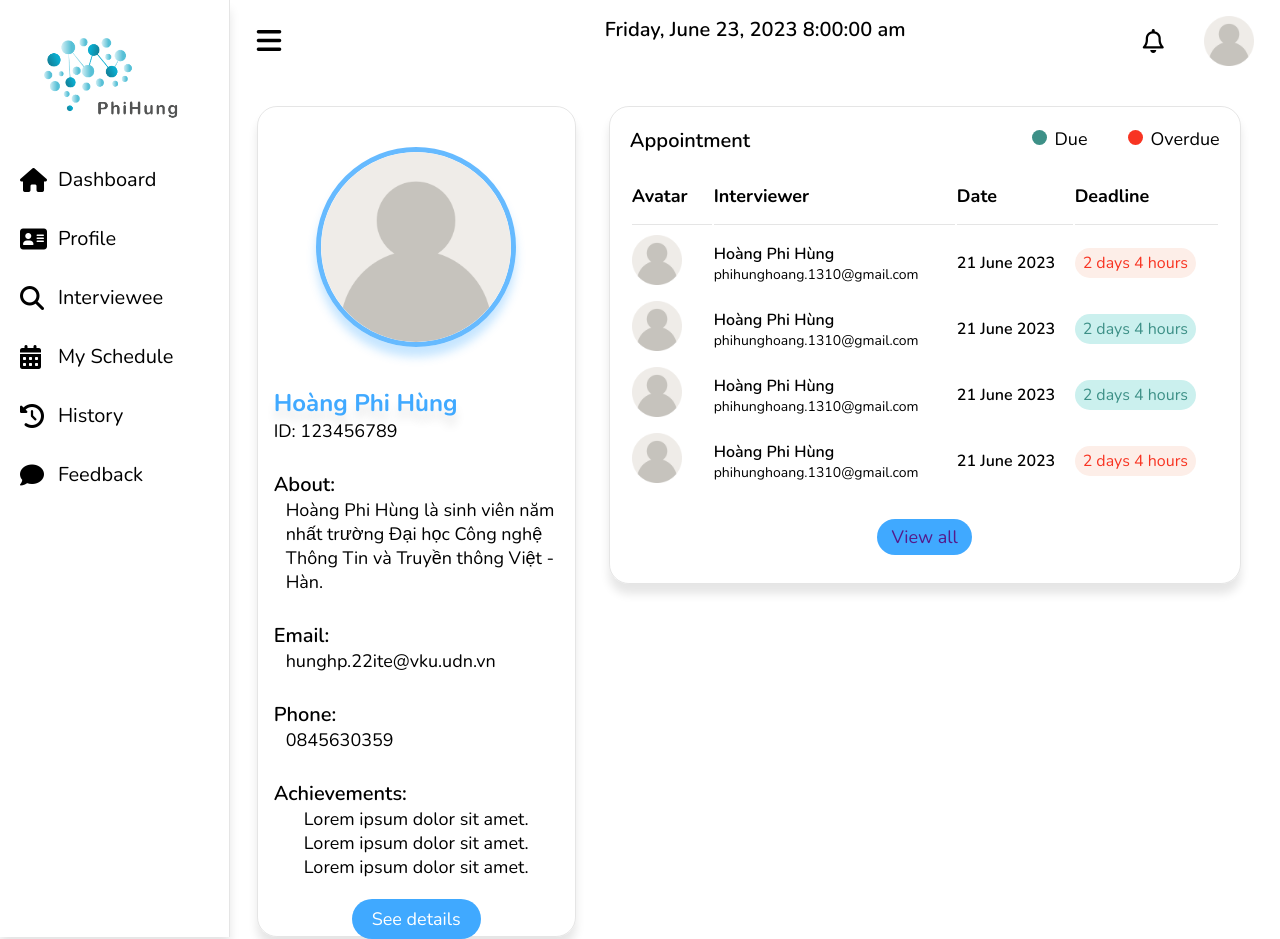
Repository: hphihungit/InterviewService
Page: interviewee.html
The author's editor kept a copy of each file at every save. The page is drawn from the files as they stood at one save, then again after the next save.
The browser window is 1280 px wide. The pictures show the whole page.

Above is the page before, as saved 2023-06-01 01:24:24.

### interviewee.html
<!DOCTYPE html>
<html lang="en">
<head>
    <meta charset="UTF-8">
    <meta http-equiv="X-UA-Compatible" content="IE=edge">
    <meta name="viewport" content="width=device-width, initial-scale=1.0">
    <title>Document</title>
    <link rel="stylesheet" href="assets/css/grid.css">
    <link rel="stylesheet" href="assets/css/base.css">
    <link rel="stylesheet" href="https://cdnjs.cloudflare.com/ajax/libs/font-awesome/6.4.0/css/all.min.css" integrity="sha512-iecdLmaskl7CVkqkXNQ/ZH/XLlvWZOJyj7Yy7tcenmpD1ypASozpmT/E0iPtmFIB46ZmdtAc9eNBvH0H/ZpiBw==" crossorigin="anonymous" referrerpolicy="no-referrer"/>
    <link rel="preconnect" href="https://fonts.googleapis.com">
    <link rel="preconnect" href="https://fonts.gstatic.com" crossorigin>
    <link href="https://fonts.googleapis.com/css2?family=Nunito:wght@200;300;400;500;600;700;800;900;1000&display=swap" rel="stylesheet">
    <link rel="stylesheet" href="assets/css/interviewee.css">
</head>
<body>
    <div id="main">
        <div class="dashboard">
            <div class="dashboard__logo"></div>
            <ul class="dashboard__list">
                <li class="dashboard__item">
                    <a href="" class="icon__link">
                        <i class="fa-solid fa-house"></i>
                    </a>
                    <a href="" class="link">Dashboard</a>
                </li>
                <li class="dashboard__item">
                    <a href="" class="icon__link">
                        <i class="fa-solid fa-address-card"></i>
                    </a>
                    <a href="" class="link">Profile</a>
                </li>
                <li class="dashboard__item">
                    <a href="" class="icon__link">
                        <i class="fa-solid fa-magnifying-glass"></i>
                    </a>
                    <a href="" class="link">Interviewee</a>
                </li>
                <li class="dashboard__item">
                    <a href="" class="icon__link">
                        <i class="fa-solid fa-calendar-days"></i>
                    </a>
                    <a href="" class="link">My Schedule</a>
                </li>
                <li class="dashboard__item">
                    <a href="" class="icon__link">
                        <i class="fa-solid fa-clock-rotate-left"></i>
                    </a>
                    <a href="" class="link">History</a>
                </li>
                <li class="dashboard__item">
                    <a href="" class="icon__link">
                        <i class="fa-solid fa-comment"></i>
                    </a>
                    <a href="" class="link">Feedback</a>
                </li>
            </ul>
        </div>

        <div class="container">
            <div class="header">
                <div class="header__icon">
                    <label class="fa-solid fa-bars header__label"></label>
                </div>

                <div class="header__time">
                    Friday, June 23, 2023 8:00:00 am
                </div>

                <div class="header__news">
                    <label class="fa-regular fa-bell header__label--bell"></label>
                    <div class="header__avatar">
                        <img src="assets/img/user.png" alt="">
                    </div>
                </div>
            </div>

            <div class="about">
                <div class="cv">
                    <div class="cv__avatar">
                        <img src="assets/img/user.png" alt="">
                    </div>

                    <div class="cv__name">
                        <p class="cv__name--interviewee">Hoàng Phi Hùng</p>
                        <p class="cv__id">ID: 123456789</p>
                    </div>

                    <div class="cv__about">
                        <p class="cv__about--title">About: </p>
                        <p class="cv__about--content">
                            Hoàng Phi Hùng là sinh viên năm nhất trường Đại học Công nghệ Thông Tin và Truyền thông Việt - Hàn.
                        </p>
                    </div>

                    <div class="cv__email">
                        <p class="cv__email--title">Email: </p>
                        <p class="cv__email--content">hunghp.22ite@vku.udn.vn</p>
                    </div>

                    <div class="cv__phone">
                        <p class="cv__phone--title">Phone: </p>
                        <p class="cv__phone--content">0845630359</p>
                    </div>

                    <div class="cv__info">
                        <p class="cv__info--title">Achievements: </p>
                        <ul class="cv__info--list">
                            <li class="cv__info--item">Lorem ipsum dolor sit amet.</li>
                            <li class="cv__info--item">Lorem ipsum dolor sit amet.</li>
                            <li class="cv__info--item">Lorem ipsum dolor sit amet.</li>
                        </ul>
                    </div>

                    <div class="cv__all">
                        <a href="" class="cv__all--btn">See details</a>
                    </div>
                </div>

                <div class="info">
                    <div class="appointment">
                        <div class="appointment__title">
                            <div class="title">
                                Appointment
                            </div>
                            <div class="note">
                                <div class="note__due">Due</div>
                                <div class="note__overdue">Overdue</div>
                            </div>
                        </div>

                        <table>
                            <thead>
                                <th>Avatar</th>
                                <th>Interviewer</th>
                                <th>Date</th>
                                <th>Deadline</th>
                            </thead>

                            <tbody>
                                <tr>
                                    <td>
                                        <img src="assets/img/user.png" alt="">
                                    </td>
                                    <td>
                                        <p class="name">Hoàng Phi Hùng</p>
                                        <p class="email">phihunghoang.1310@gmail.com</p>
                                    </td>
                                    <td>
                                        <span class="date">21 June 2023</span>
                                    </td>
                                    <td>
                                        <span class="overdue">2 days 4 hours</span>
                                    </td>
                                </tr>
                                <tr>
                                    <td>
                                        <img src="assets/img/user.png" alt="">
                                    </td>
                                    <td>
                                        <p class="name">Hoàng Phi Hùng</p>
                                        <p class="email">phihunghoang.1310@gmail.com</p>
                                    </td>
                                    <td>
                                        <span class="date">21 June 2023</span>
                                    </td>
                                    <td>
                                        <span class="due">2 days 4 hours</span>
                                    </td>
                                </tr>
                                <tr>
                                    <td>
                                        <img src="assets/img/user.png" alt="">
                                    </td>
                                    <td>
                                        <p class="name">Hoàng Phi Hùng</p>
                                        <p class="email">phihunghoang.1310@gmail.com</p>
                                    </td>
                                    <td>
                                        <span class="date">21 June 2023</span>
                                    </td>
                                    <td>
                                        <span class="due">2 days 4 hours</span>
                                    </td>
                                </tr>
                                <tr>
                                    <td>
                                        <img src="assets/img/user.png" alt="">
                                    </td>
                                    <td>
                                        <p class="name">Hoàng Phi Hùng</p>
                                        <p class="email">phihunghoang.1310@gmail.com</p>
                                    </td>
                                    <td>
                                        <span class="date">21 June 2023</span>
                                    </td>
                                    <td>
                                        <span class="overdue">2 days 4 hours</span>
                                    </td>
                                </tr>
                            </tbody>
                        </table>

                        <div class="view__all">
                            <a href="" class="view__all--btn">
                                View all
                            </a>
                        </div>
                    </div>
                </div>
            </div>
        </div>
    </div>
</body>
</html>

### assets/css/base.css
:root {
    --white-color: #fff;
    --black-color: #000;
    --blue-color : #40a9ff;
    --text-color: #8f8f8f;
    --scale: 1px;
}

* {
    padding: 0;
    margin: 0;
    box-sizing: border-box;
    text-decoration: none;
    list-style-type: none;
}

html, body {
    font-size: 18px;
    font-family: 'Nunito', sans-serif;
    scroll-behavior: smooth;
}

### assets/css/interviewee.css
#main {
    width: 100%;
    display: flex;
}

.dashboard {
    width: 18%;
    min-height: 0;
    border-right: 1px solid rgba(0, 0, 0, 0.1);
    box-shadow: 0 10px 10px rgba(0, 0, 0, 0.1);
}

.dashboard__logo {
    width: 100%;
    height: 150px;
    background-image: url('../img/logo.png');
    background-repeat: no-repeat;
    background-size: 50%;
    background-size: 62%;
    background-position: 50% 85%;
}

.dashboard__list {
    width: 100%;
}

.dashboard__item {
    border-radius: 25px 0 0 25px;
    display: flex;
    width: 100%;
    padding: 0px 20px;
}

.dashboard__item:hover {
    background-color: var(--blue-color);
}

.dashboard__item:hover .link,
.dashboard__item:hover .icon__link {
    color: #fff;
}

.icon__link {
    display: flex;
    align-items: center;
    width: 20%;
    font-size: 24px;
    color: #000;
}

.link {
    display: inline-block;
    width: 80%;
    font-size: 20px;
    padding: 16px 0px;
    color: #000;
}

.container {
    width: 82%;
}

.header {
    width: 95%;
    margin: 0 auto;
    display: flex;
    justify-content: space-between;
    margin-top: 16px;
}

.header__icon {
    width: 32%;
    display: flex;
    justify-content: space-between;
    align-items: center;
}

.header__label {
    font-size: 28px;
}

.header__time {
    width: 32%;
    text-align: center;
    font-size: 20px;
    font-weight: 600;
}

.header__news {
    width: 32%;
    display: flex;
    justify-content: flex-end;
    align-items: center;
}

.header__label--bell {
    font-size: 24px;
    position: relative;
    padding-right: 40px;
}

.header__avatar {
    display: flex;
    justify-content: flex-end;
    align-items: center;
}

.header__avatar img {
    width: 50px;
    height: 50px;
}

.about {
    display: flex;
    justify-content: space-between;
    width: 95%;
    margin: 0 auto;
    margin-top: 40px;
}

.cv {
    width: 32%;
    max-height: 831px;
    border: 1px solid rgba(0, 0, 0, 0.1);
    border-radius: 20px;
    box-shadow: 0 10px 10px rgba(0, 0, 0, 0.1);
    padding: 0px 16px;
}

.cv__avatar {
    width: 100%;
    display: flex;
    justify-content: center;
    align-items: center;
    padding: 20px 0px;
    padding-top: 40px;
}

.cv__avatar img {
    width: 200px;
    height: 200px;
    border: 5px solid rgba(64, 169, 255, 0.8);
    border-radius: 50%;
    box-shadow: 0 10px 10px rgba(64, 169, 255, 0.3);;
}

.cv__name,
.cv__about,
.cv__email,
.cv__phone,
.cv__info {
    width: 100%;
    margin-top: 20px;
    margin-bottom: 28px;
}

.cv__name--interviewee {
    font-size: 24px;
    font-weight: 700;
    text-shadow: 0 10px 10px rgba(0, 0, 0, 0.1);
    color: var(--blue-color);
}

.cv__about--title,
.cv__email--title,
.cv__phone--title,
.cv__info--title {
    font-size: 20px;
    font-weight: 600;
}

.cv__about--content,
.cv__email--content,
.cv__phone--content {
    padding-left: 12px;
}

.cv__info--item {
    text-align: center;
}

.cv__all {
    width: 90%;
    margin: 0 auto;
    margin-bottom: 20px;
    text-align: center;
}

.cv__all--btn {
    padding: 8px 20px;
    border-radius: 20px;
    background-color: var(--blue-color);
    color: #fff;
}

.cv__all--btn:hover {
    opacity: 0.8;
}

.info {
    width: 66%;
}

.appointment {
    width: 96%;
    margin: 0 auto;
    border: 1px solid rgba(0, 0, 0, 0.1);
    box-shadow: 0 10px 10px rgba(0, 0, 0, 0.1);
    border-radius: 20px;
    padding: 20px;
}

.appointment__title {
    display: flex;
    justify-content: space-between;
}

.title {
    font-size: 20px;
    font-weight: 600;
}

.note {
    display: flex;
}

.note__due {
    margin-right: 40px;
}

.note__due::before {
    content: "";
    display: inline-block;
    width: 15px;
    height: 15px;
    border-radius: 50%;
    margin-right: 8px;
    background-color: #3d9087;
}

.note__overdue::before {
    content: "";
    display: inline-block;
    width: 15px;
    height: 15px;
    border-radius: 50%;
    margin-right: 8px;
    background-color: #f83422;
}

table {
    width: 100%;
    margin-top: 28px;
}

th {
    text-align: left;
    padding-right: 12px;
    padding-bottom: 16px;
    border-bottom: 1px solid rgba(0, 0, 0, 0.1);
}

td {
    padding-top: 8px;
    font-size: 16px;
}

td img {
    width: 50px;
    height: 50px;
}

.date,
.name {
    font-weight: 600;
}

.email {
    font-size: 14px;
}

.due {
    background-color: #cbf0ee;
    color: #3d9087;
    padding: 4px 8px;
    border-radius: 20px;
}

.overdue {
    background-color: #fdeee8;
    color: #f83422;
    padding: 4px 8px;
    border-radius: 20px;
}

.view__all {
    width: 100%;
    text-align: center;
    margin-top: 28px;
    margin-bottom: 8px;
}

.view__all--btn {
    display: inline-block;
    padding: 6px 14px;
    border-radius: 20px;
    background-color: var(--blue-color);

}

Loaded but not shown: assets/css/grid.css (587 lines, source omitted)

After the next save:
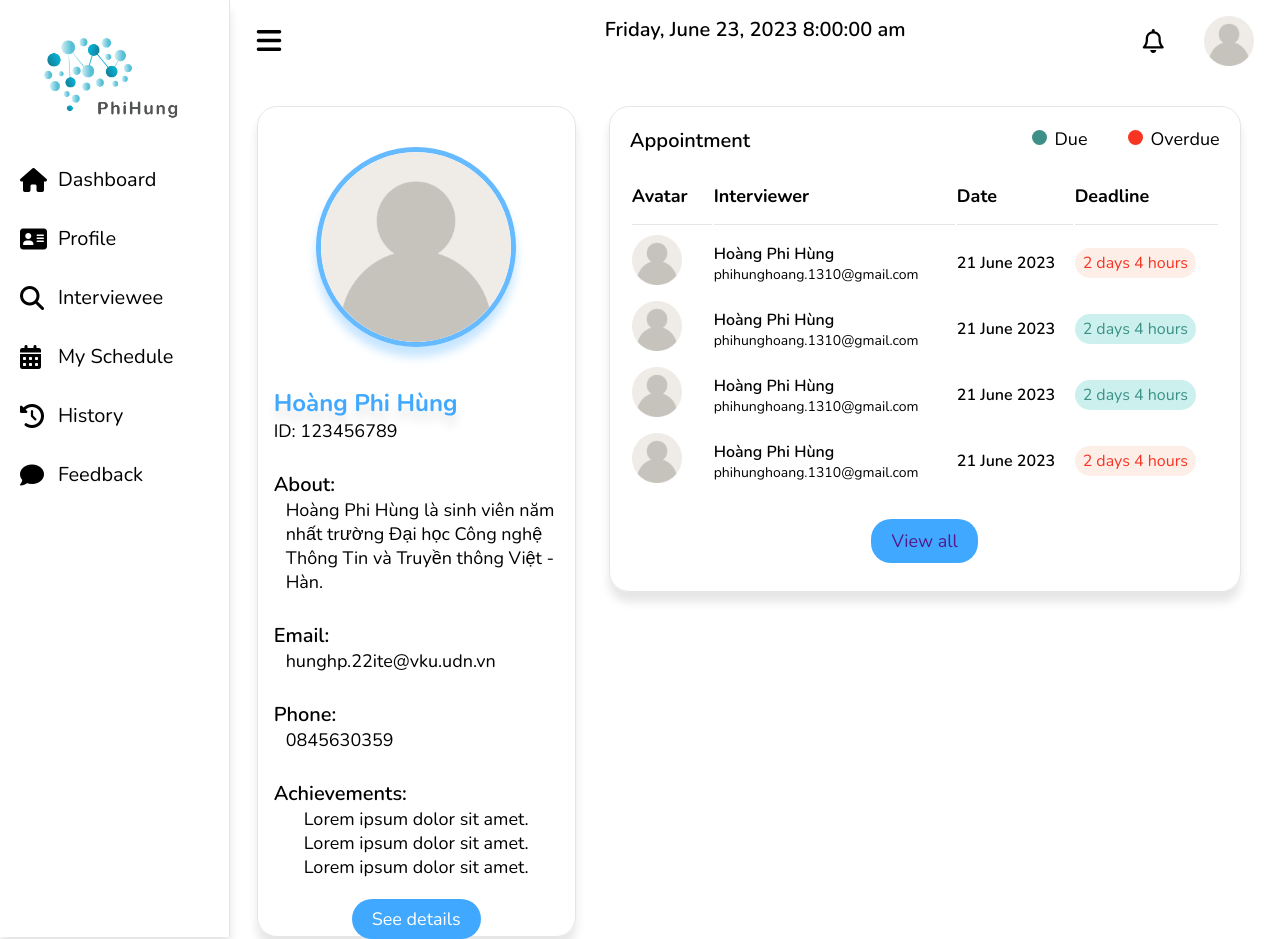
Saved 8 s later.
--- a/assets/css/interviewee.css
+++ b/assets/css/interviewee.css
@@ -302,7 +302,7 @@
 
 .view__all--btn {
     display: inline-block;
-    padding: 6px 14px;
+    padding: 10px 20px;
     border-radius: 20px;
     background-color: var(--blue-color);
 

After the save that followed:
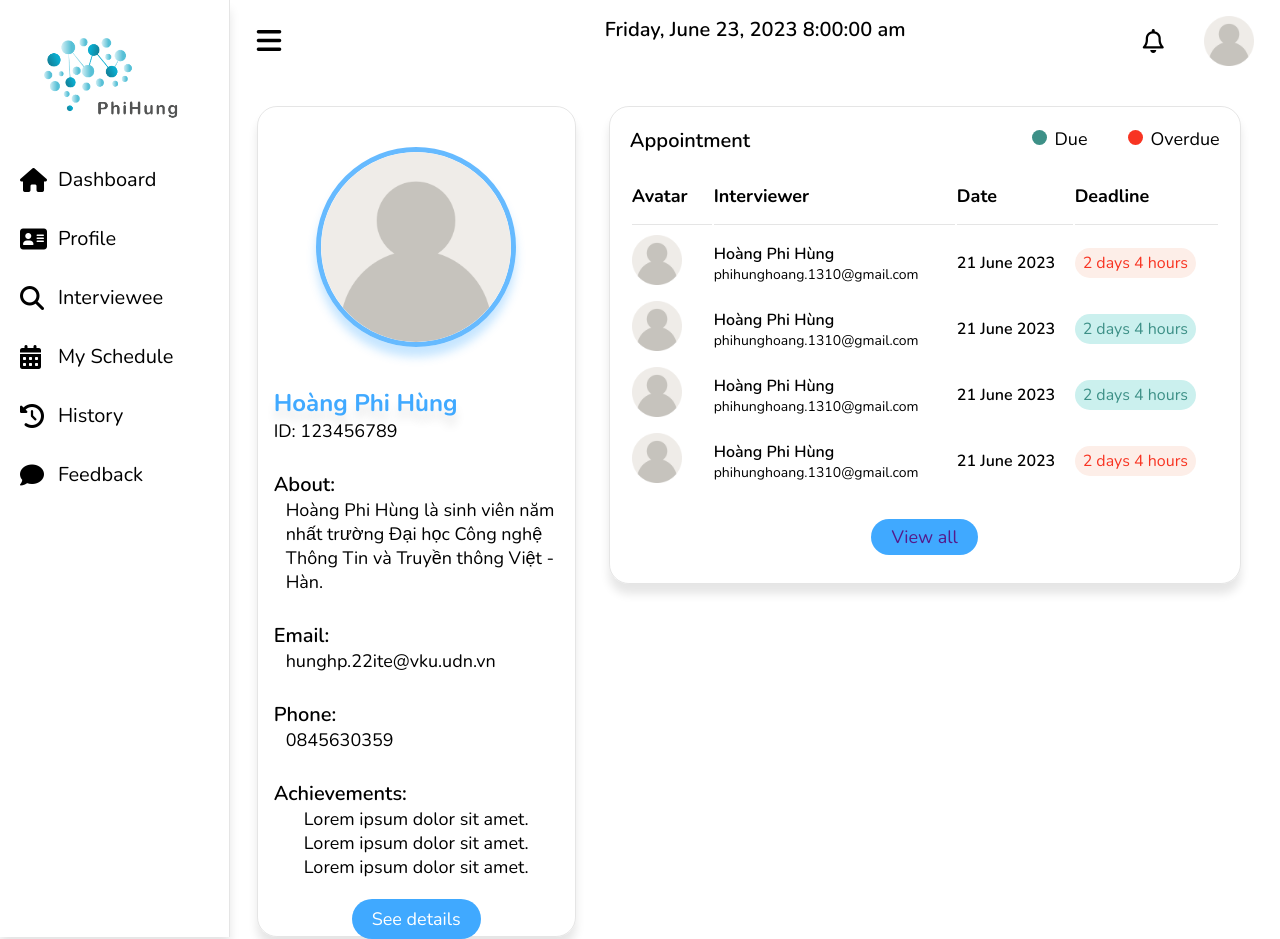
Saved 5 s later.
--- a/assets/css/interviewee.css
+++ b/assets/css/interviewee.css
@@ -302,7 +302,7 @@
 
 .view__all--btn {
     display: inline-block;
-    padding: 10px 20px;
+    padding: 6px 20px;
     border-radius: 20px;
     background-color: var(--blue-color);
 
